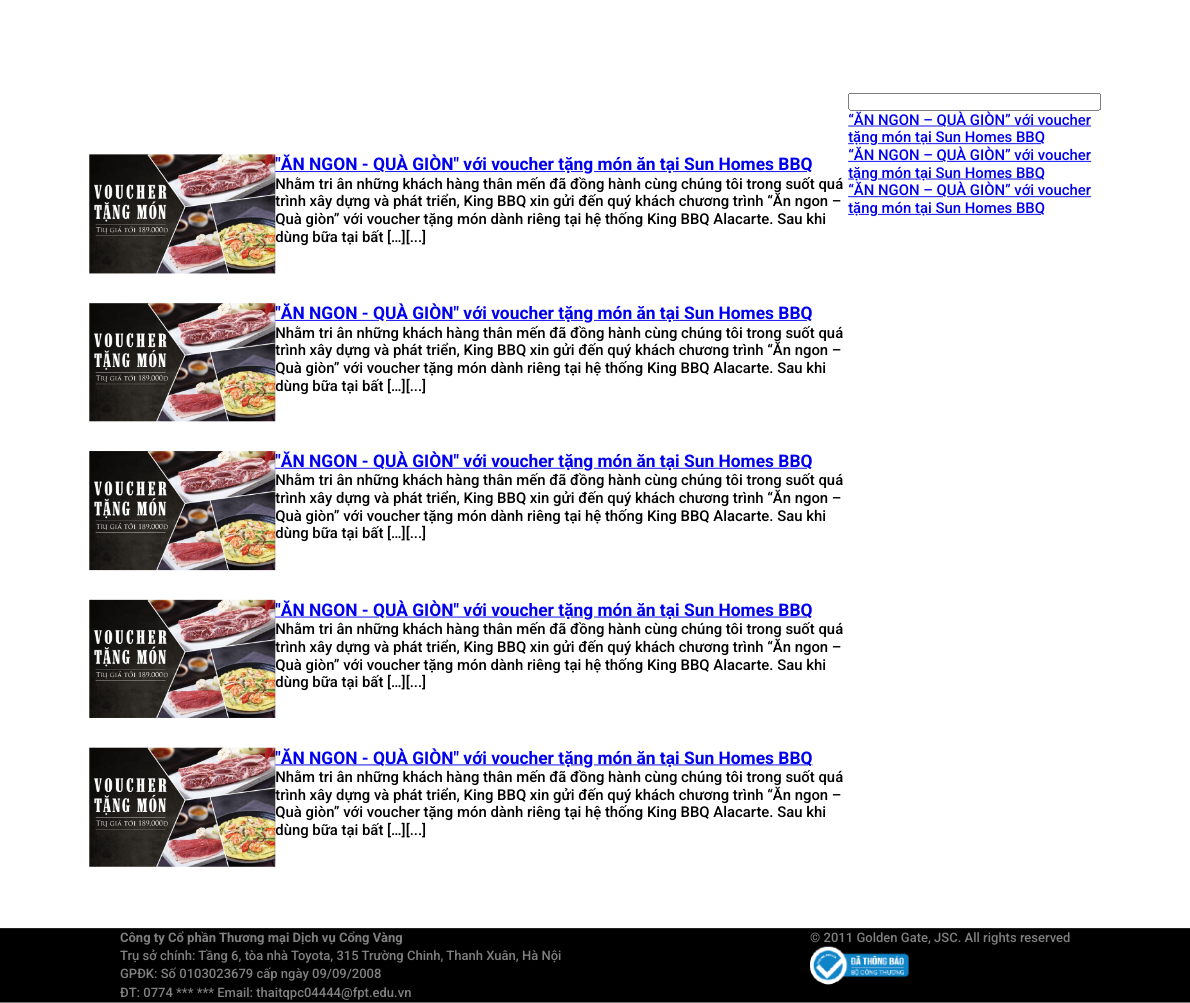
Repository: QUANGTHAI2003/sunhomesbbq
Page: TinTuc.html
An editor plug-in stored every save of this project. The page is shown before and after the next save, followed by the edit.
The browser window is 1280 px wide. The pictures show the whole page, at 93% of full size.
Some web fonts or font styles are not loaded; a fallback is used.

Above is the page before, as saved 2022-02-15 15:10:14.

After the next save:
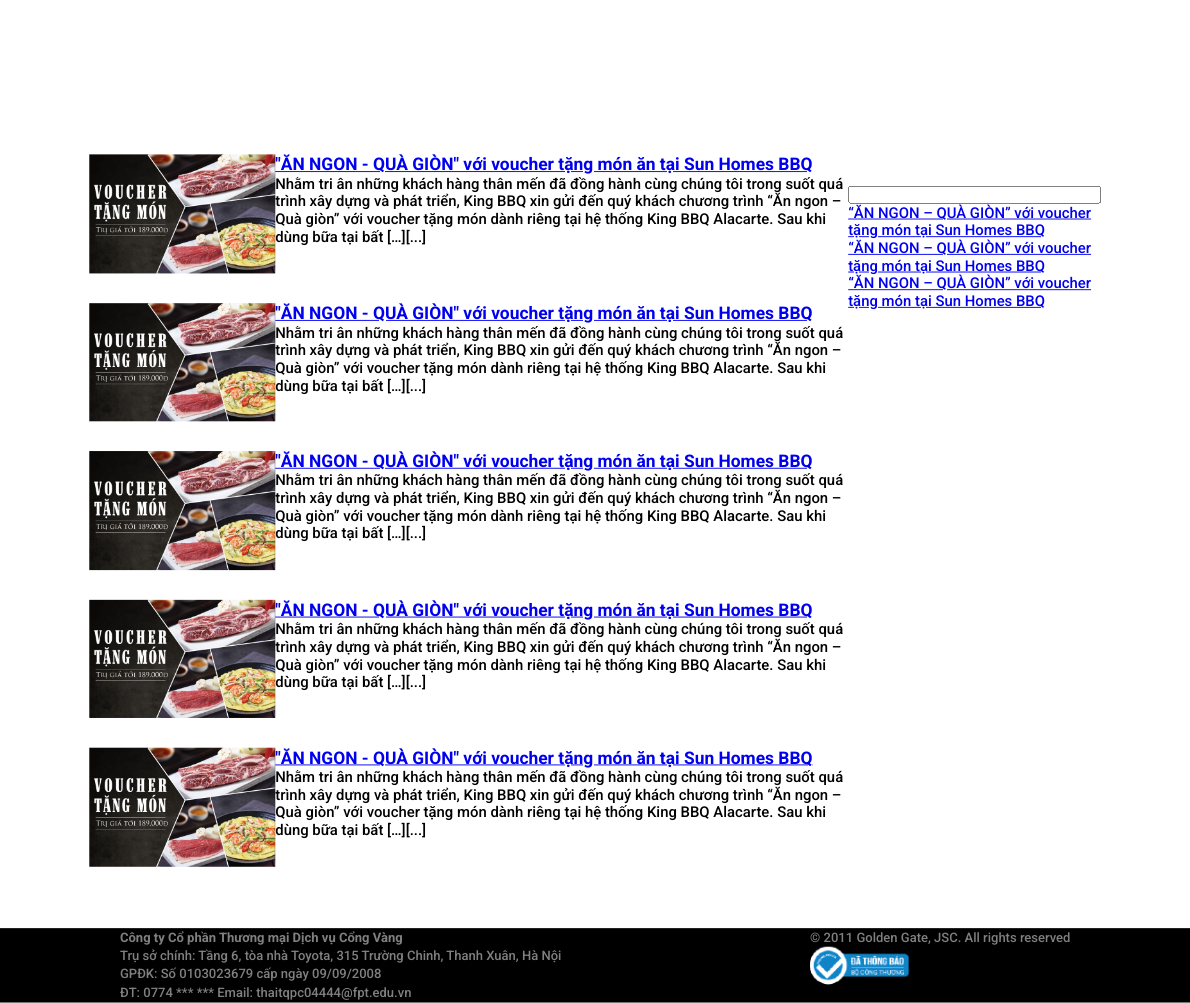
Saved 9 s later.
--- a/style.css
+++ b/style.css
@@ -874,8 +874,7 @@
     flex: 1;
     display: flex;
     flex-direction: column;
-    padding-top: 100px
-    margin: 16px 0;
+    padding-top: 100px;
 }
 
 .post {
